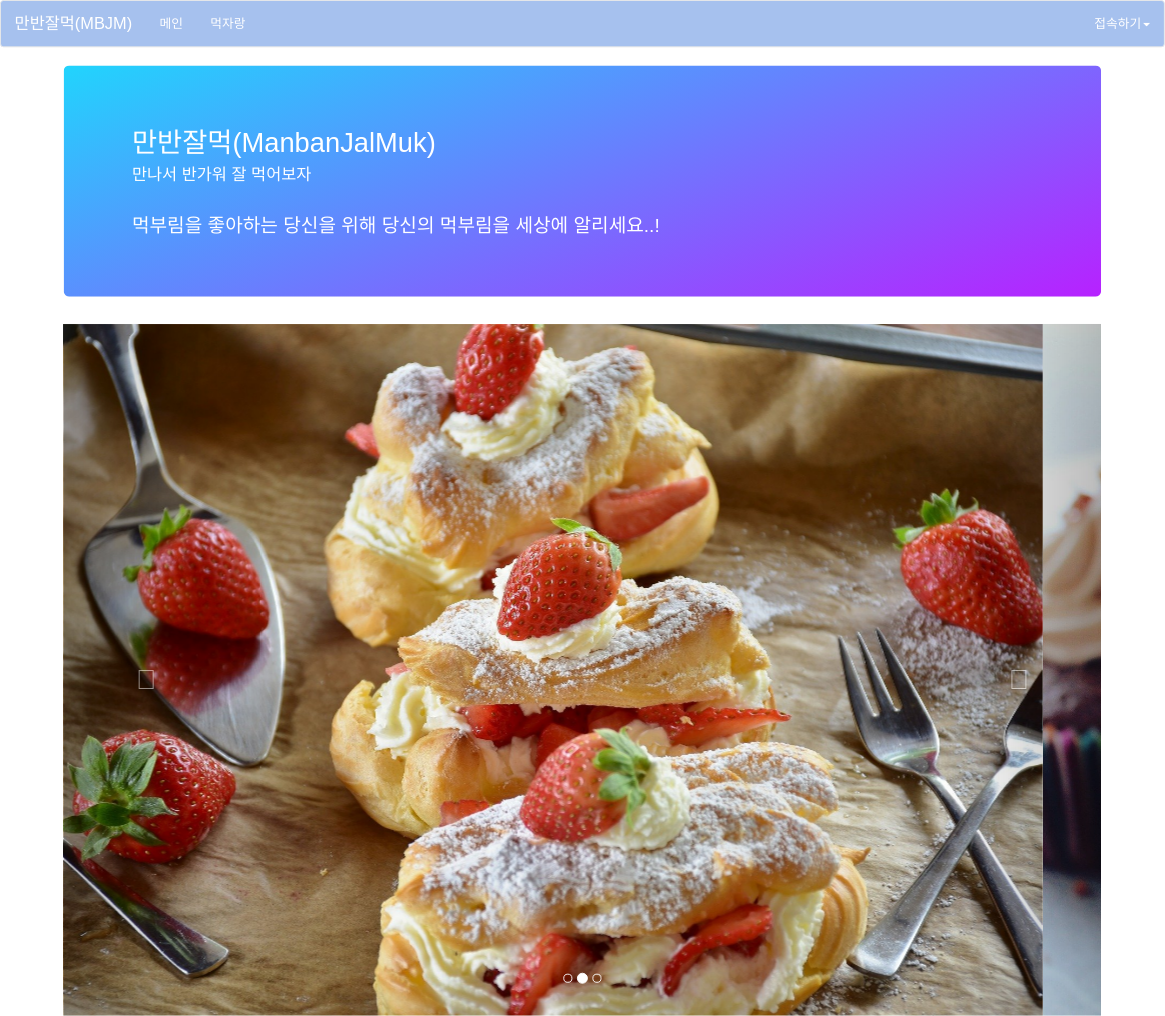
Repository: gimyoni/ManBanJalMuk
Page: http://localhost/text/main.jsp
An editor plug-in stored every save of this project. The page is shown before and after the next save, followed by the edit.
The browser window is 1280 px wide. The pictures show the whole page, at 91% of full size.
Some web fonts or font styles are not loaded; a fallback is used. Some web libraries are served in a nearby version. The page is served by Tomcat 9.

Above is the page before, as saved 2021-05-07 03:03:08.

After the next save:
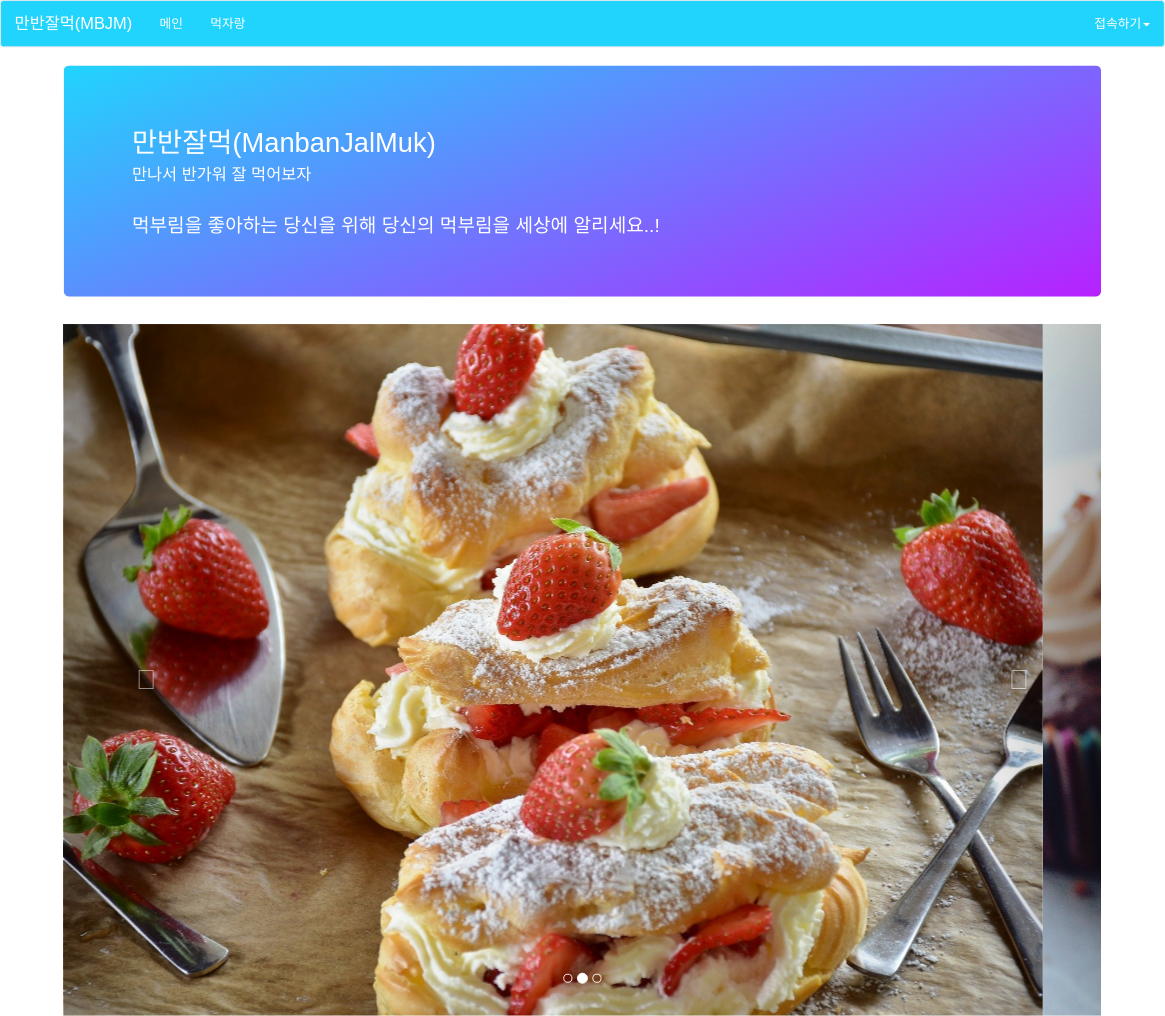
Saved 12 s later.
--- a/text/WebContent/css/custom.css
+++ b/text/WebContent/css/custom.css
@@ -12,7 +12,7 @@ h1{
 	background-image: linear-gradient(-20deg, #b721ff 0%, #21d4fd 100%);
 }
 .navbar-default{
-	background-color:#a6c1ee;
+	background-color:#21d4fd;
 }
 .navbar .nav > li > a {
 	color:white;
